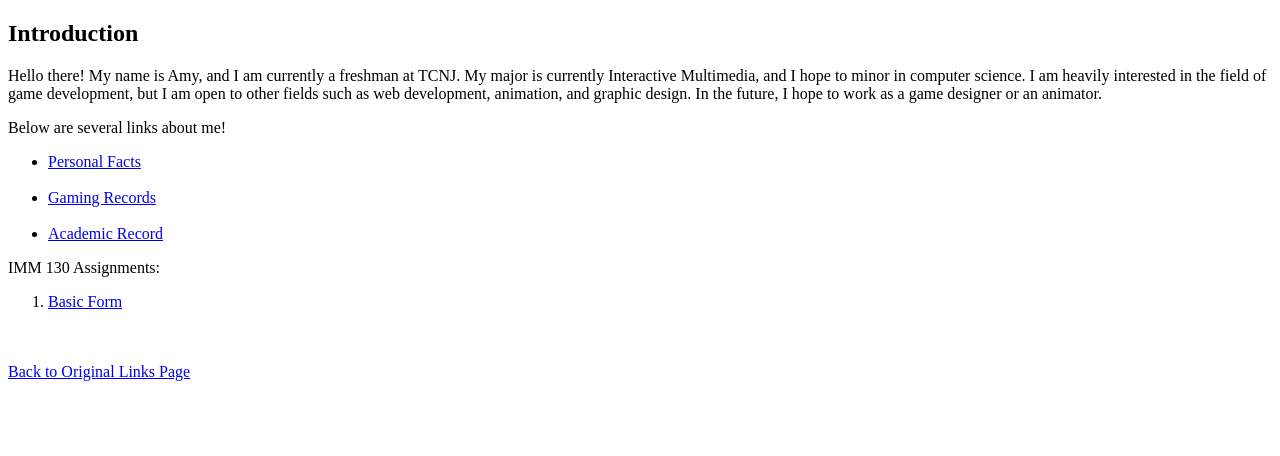
Repository: A-Vargas-GP/imm_my_website
Page: personal_site/introduction.html
The author's editor kept a record of every edit. The page is drawn from the files as they stood at one moment, then again after the next edit.
The browser window is 1280 px wide. The pictures show the whole page.

Above is the page before.

After the next edit:
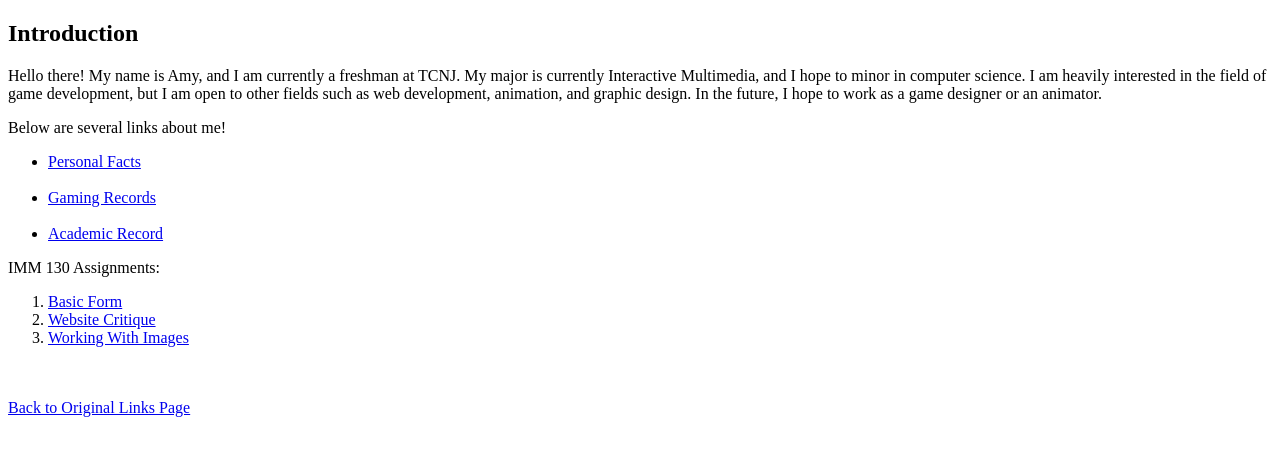
The edit:
--- a/personal_site/introduction.html
+++ b/personal_site/introduction.html
@@ -22,7 +22,9 @@
 
         <p> IMM 130 Assignments: </p>
         <ol>
-         <li> <a href = "../basic_form.html"> Basic Form </a> </li>
+         <li> <a href = "assignments/basic_form.html"> Basic Form </a> </li>
+         <li> <a href = "assignments/website_evals.html"> Website Critique </a></li>
+         <li> <a href = "assignments/vargas3.html"> Working With Images </a></li>
 
         </ol>
 
